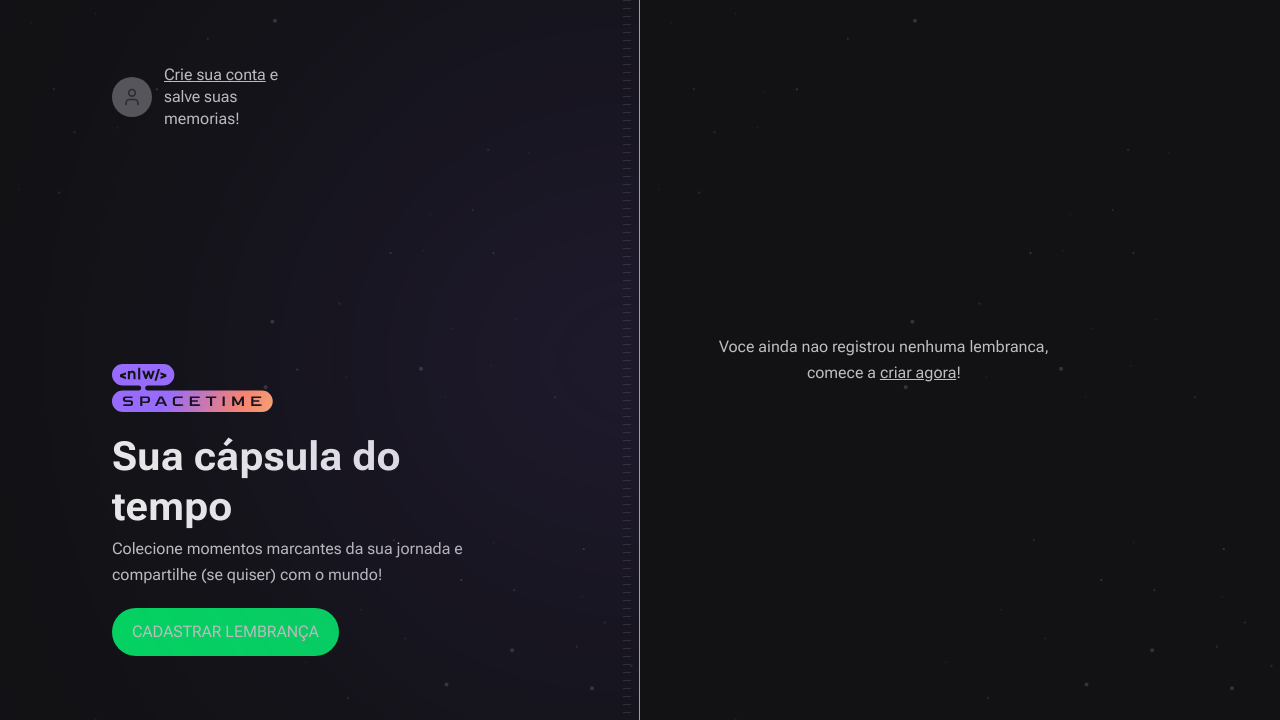
Repository: viniimartins/NLWSpacetime
Page: /
An editor plug-in stored every save of this project. The page is shown before and after a run of saves, followed by the edit.
The browser window is 1280 px wide. The pictures show the whole page.
Some web fonts or font styles are not loaded; a fallback is used. The project was rebuilt for these pictures with package versions that can differ from the ones it lists, and the page was loaded fresh each time. The framework's server and built-in components were replaced by stand-ins that run in the browser. Also part of the build but not shown: next.config.js.

Above is the page before, as saved 2023-05-28 20:18:30.

After the next 5 saves:
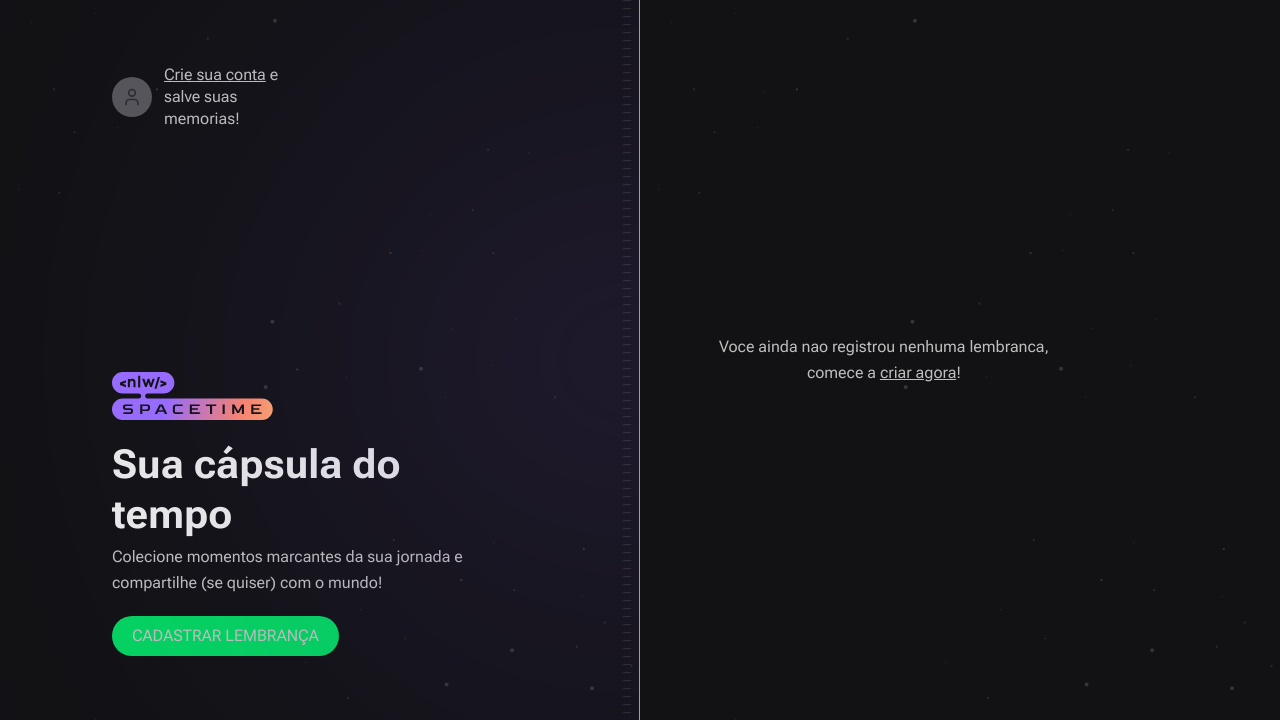
The 5 saves are shown as one change because they came seconds apart.
The last was saved 13 s later.
--- a/src/app/page.tsx
+++ b/src/app/page.tsx
@@ -44,7 +44,10 @@ export default function Home() {
             </p>
           </div>
 
-          <a className="inline-block rounded-full bg-green-500 px-5 py-3 font-alt" href="">
+          <a
+            className="text-sm inline-block rounded-full bg-green-500 px-5 py-3 font-alt uppercase leading-none"
+            href=""
+          >
             CADASTRAR LEMBRANÇA
           </a>
         </div>
